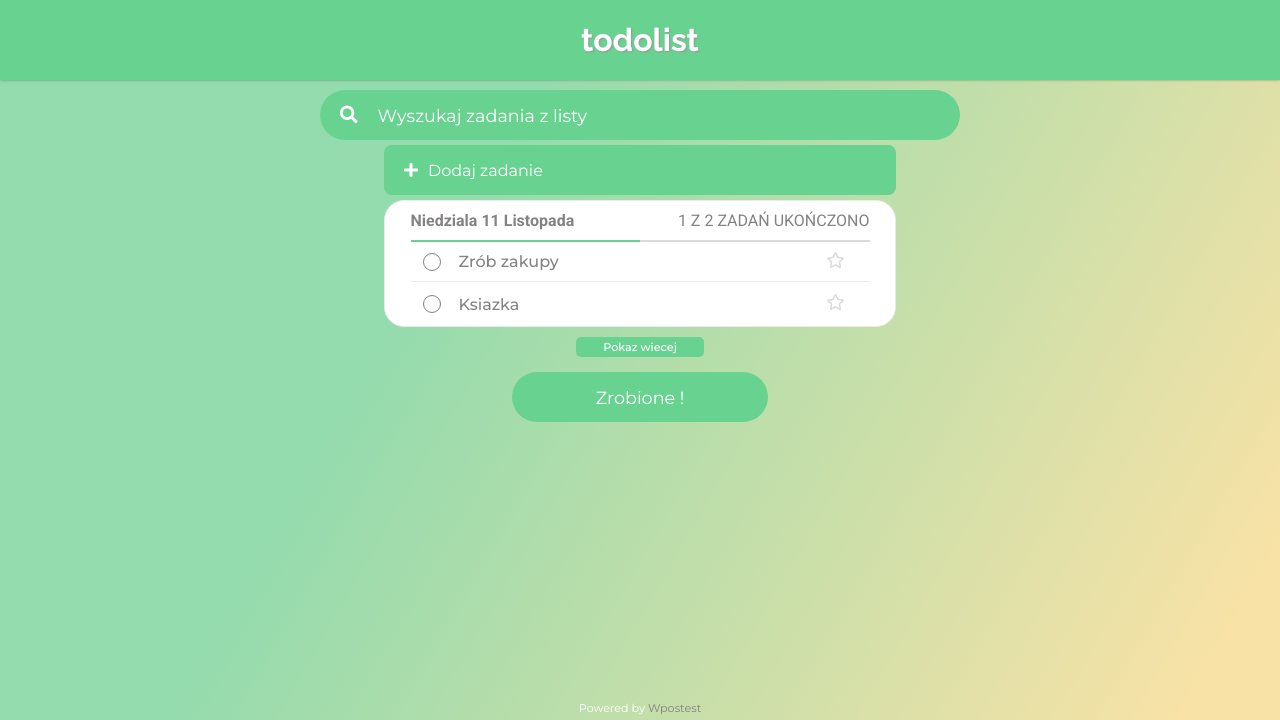
Repository: Wpostest/todolist
Page: src/index.html
An editor plug-in stored every save of this project. The page is shown before and after the next save, followed by the edit.
The browser window is 1280 px wide. The pictures show the whole page.
Some web libraries are served in a nearby version. The style sheet was rebuilt from its Sass, Less or Tailwind sources for each picture, by a compiler version that may differ from the author's.

Above is the page before, as saved 2020-01-29 15:50:41.

### src/index.html
<!DOCTYPE html>
<html lang="pl">
<head>
    <meta charset="UTF-8">
    <meta name="viewport" content="width=device-width, initial-scale=1.0">
    <meta http-equiv="X-UA-Compatible" content="ie=edge">
    <title>todolist</title>
    <link rel="stylesheet" href="css/app.css">
    <link href="https://fonts.googleapis.com/css?family=Lato:100,300,400,700|Montserrat:100,300,400,500,700|Open+Sans:300,400,700|Raleway:100,300,400,500,700|Roboto:100,300,400,500,700&display=swap" rel="stylesheet">
    <link rel="stylesheet" href="https://use.fontawesome.com/releases/v5.6.3/css/all.css" integrity="sha384-UHRtZLI+pbxtHCWp1t77Bi1L4ZtiqrqD80Kn4Z8NTSRyMA2Fd33n5dQ8lWUE00s/" crossorigin="anonymous">
</head>
<body>
    <header class="todolist__header">
        <h1 class="todolist__title">todolist</h1>
    </header>
    <section>
        <label class="todolist__search-wrapper" for="todolist__search">
            <i class="fas fa-search todolist__search-icon"></i>
            <input type="text" class="todolist__search" id="todolist__search" title="Szukaj" placeholder="Wyszukaj zadania z listy">
        </label>
        <label class="todolist__add-task-wrapper" for="todolist__add-task">
            <input type="text" class="todolist__add-task" id="todolist__add-task" title="Dodaj zadanie" placeholder="Dodaj zadanie">
            <i class="fas fa-plus todolist__add-task-icon"></i>
        </label>

        <ul class="todolist">
            <div class="todolist__information">
                <div class="todolist__current-time">Niedziala 11 Listopada</div>
                <div class="todolist__task-done-info">
                    <span class="todolist__count-done-task">1</span>
                    z
                    <span class="todolist__count-all-task">2</span>
                    zadań ukończono
                </div>
                <div class="todolist__line-done-percentage"></div>
            </div>
            <li class="todolist__task">
                <input type="checkbox" class="todolist__checkbox-done">
                <span>Zrób zakupy</span>
                <input type="checkbox" class="todolist__checkbox-star">
                <div class="checbox-done_background_animation"></div>
            </li>
            <li class="todolist__task">
                    <input type="checkbox" class="todolist__checkbox-done">
                    <span>Ksiazka</span>
                    <input type="checkbox" class="todolist__checkbox-star">
                </li>
            <!--<li>TEXT<input type="checkbox"><button>star-icon</button></li>-->
            <!--
                LISTA MA MIEC MAKSYMALNA WYSOKOSC PRZYCISK POKAZ WIECEJ MA USUWAC OGRANICZENIA WYSOKOSCI LUB WYSWIETLANYCH ELEMENTOW
                JEZELI UKONCZYSZ WSZYSTKIE ZADANIA MA POKAZAC SIE FAJNA ANIMACJA I ZNIKNAC PO KILKU SEKUNDACH
                CHECKBOX MA POKAZYWAC SIE Z LEWEJ STRONY
            -->
        </ul>
        <button class="todolist__show-more" title="Pokaż więcej zadań">Pokaz wiecej</button>
        <button class="todolist__done" title="Usuń skończone zadania z listy">Zrobione !</button>
    </section>
    <footer>
        <h6 class="todolist__copywrite">Powered by <a href="https://github.com/Wpostest/">Wpostest</a></h6>
    </footer>
    <script src="js/app.js"></script>
</body>
</html>

### src/sass/app.scss
@import 'reset';
@import 'variables';
@import 'components/checkboxes/checkbox_done.scss';
@import 'components/checkboxes/checkbox_star.scss';
@import 'todolist/todolist';

### src/sass/reset.scss
html, body, div, span, applet, object, iframe, h1, h2, h3, h4, h5, h6, p, blockquote, pre, a, abbr, acronym, address, big, cite, code, del, dfn, em, img, ins, kbd, q, s, samp, small, strike, strong, sub, sup, tt, var, b, u, i, center, dl, dt, dd, ol, ul, li, fieldset, form, label, legend, table, caption, tbody, tfoot, thead, tr, th, td, article, aside, canvas, details, embed, figure, figcaption, footer, header, hgroup, menu, nav, output, ruby, section, summary, time, mark, audio, video, input {
    margin: 0;
    padding: 0;
    border: 0;
    font-size: 100%;
    font: inherit;

    // Sposób wyliczania wysokości i szerokości elementu.
    // Szerokość elementu np 25% zawiera już paddingi oraz border.
    box-sizing: border-box;

    vertical-align: baseline; }

article, aside, details, figcaption, figure, footer, header, hgroup, menu, nav, section {
    display: block; }

a {
    text-decoration: none;
    outline: none;
}

button {
    outline: none;
}

ol, ul {
    list-style: none; }

blockquote, q {
    quotes: none; }

blockquote {
    &:before, &:after {
        content: '';
        content: none; } }

q {
    &:before, &:after {
        content: '';
        content: none; } }

table {
    border-collapse: collapse;
    border-spacing: 0; }

### src/sass/variables.scss
$background_primary: #68d391;
$background_secoundary: #94dbad;
$font-color_primary: #fff;
$font-color_secoundary: rgb(133, 130, 130);
$font-family_primary: 'Montserrat', sans-serif;
$font-family_secoundary: 'Roboto', sans-serif;
$font-size_xxl: 2rem;
$font-size_xl: 1.5rem;
$font-size_l: 1.1rem;
$font-size_m: 1rem;
$font-size_s: .9rem;
$font-size_xs: .7rem;
$font-size_xxs: .5rem;

### src/sass/components/checkboxes/checkbox_done.scss
.todolist__checkbox-done{
    position: relative;
    -webkit-appearance: none;
    display: inline-block;
    width: 18px;
    height: 18px;
    background-color: #fff;
    border-radius: 50%;
    border: 1px solid $font-color_secoundary;
    outline: none;
    margin-left: 12px;
    margin-right: 18px;
    cursor: pointer;

    &::after{
        position: absolute;
        width: 100%;
        height: 100%;
        top: 13px;
        left: 12px;
        transform: translate(-50%, -50%);
        color: $font-color_primary;
        font-family: "Font Awesome 5 Free";
        font-weight: 900;
        content: "\f00c";
        font-size: 10px;
        opacity: 0;
    }

    &:checked{
        border: none;
        background-color: $background_primary;

        &~ span{
            text-decoration: line-through;
        }

        &::after{
            opacity: 1;
        }
    }
}

.checbox-done_background_animation{

}

### src/sass/components/checkboxes/checkbox_star.scss
.todolist__checkbox-star{
    position: absolute;
    top: 50%;
    transform: translateY(-25%);
    right: 25px;
    width: 50px;
    height: 100%;
    -webkit-appearance: none;
    outline: none;
    text-align: right;

    &::after{
        font-family: "Font Awesome 5 Free";
        font-weight: 500;
        content: "\f005";
        position: absolute;
        top: 0;
        left: 0;
        width: 100%;
        height: 100%;
        font-size: 1rem;
        opacity: 1;
        visibility: visible;
        color: #dadada;
    }

    &::before{
        font-family: "Font Awesome 5 Free";
        font-weight: 900;
        content: "\f005";
        position: absolute;
        top: 0;
        left: 0;
        width: 100%;
        height: 100%;
        color: #fff;
        font-size: 1rem;
        opacity: 0;
        visibility: hidden;
        color: #ffe46b;
    }

    &:checked{
        &::after{
            opacity: 0;
            visibility: hidden;
        }

        &::before{
            opacity: 1;
            visibility: visible;
        }
    }
}

### src/sass/todolist/todolist.scss
body{
    background: rgb(148,219,173);
    background: linear-gradient(120deg, rgba(148,219,173,1) 34%, rgba(248,226,166,1) 94%);
    height: 100vh;
}

.todolist__header{
    width: 100%;
    height: 80px;
    background-color: $background_primary;
    box-shadow: 0px -1px 3px 0px rgba(0,0,0,0.75);
    margin-bottom: 10px;

    .todolist__title{
        color: $font-color_primary;
        font-size: 2rem;
        font-family: 'Raleway', sans-serif;
        font-weight: 600;
        text-align: center;
        text-shadow: 1px 1px 2px rgba(150, 150, 150, 1);
        line-height: 80px;
    }
}

section{
    display: flex;
    flex-direction: column;
    align-items: center;
}

.todolist__search-wrapper{
    background-color: $background_primary;
    width: 50%;
    height: 50px;
    border-radius: 50px;
    display: flex;
    flex-direction: row;
    justify-content: flex-start;
    align-items: center;
    margin-bottom: 5px;

    &:hover{
        //box-shadow: 0 1px 2px 0 rgba(32,33,36,0.28);
    }

    .todolist__search-icon{
        color: $font-color_primary;
        margin-left: 20px;
        font-size: $font-size_l;
    }

    .todolist__search{
        color: $font-color_primary;
        outline: none;
        margin-left: 20px;
        margin-right: 50px;
        width: 100%;
        height: 80%;
        background-color: $background_primary;
        font-size: $font-size_l;
        font-family: $font-family_primary;

        &::placeholder{
            color: $font-color_primary;
        }

        &:focus{
            &::placeholder{
                opacity: 0;
                visibility: hidden;
            }
        }
    }
}

.todolist__add-task-wrapper{
    background-color: $background_primary;
    width: 40%;
    height: 50px;
    border-radius: 8px;
    display: flex;
    flex-direction: row-reverse;
    justify-content: flex-start;
    align-items: center;
    margin-bottom: 5px;

    .todolist__add-task-icon{
        color: $font-color_primary;
        margin-left: 20px;
        font-size: $font-size_m;
    }

    .todolist__add-task{
        color: $font-color_primary;
        outline: none;
        margin-left: 10px;
        margin-right: 50px;
        width: 100%;
        height: 80%;
        background-color: $background_primary;
        font-size: $font-size_m;
        font-family: $font-family_primary;

        &:hover{
            //box-shadow: 0 1px 2px 0 rgba(32,33,36,0.28);
        }

        &::placeholder{
            color: $font-color_primary;
        }

        &:focus{
            &::placeholder{
                opacity: 0;
                visibility: hidden;
            }

            & ~ .todolist__add-task-icon{
                transition: transform .7s;
                transform: rotate(360deg);
            }
        }
    }
}

.todolist{
    width: 40%;
    background: #fff;
    border-radius: 20px;
    border: 1px solid #ebebeb;
    margin-bottom: 10px;

    .todolist__information{
        width: 90%;
        margin-left: auto;
        margin-right: auto;
        color: $font-color_secoundary;
        font-weight: 600;
        padding-top: 10px;
        font-family: $font-family_secoundary;
        display: flex;
        flex-direction: row;
        flex-wrap: wrap;

        .todolist__current-time{
            font-size: $font-size_m;
            width: 50%;
        }

        .todolist__task-done-info{
            font-weight: 400;
            width: 50%;
            text-align: right;
            text-transform: uppercase;
        }

        .todolist__line-done-percentage{
            width: 100%;
            height: 2px;
            background: linear-gradient(to right, $background_primary 0%, $background_primary 50%, #dadada 50%, #dadada 100%);
            margin-top: 10px;
        }
    }

    .todolist__task{
        margin-left: auto;
        margin-right: auto;
        width: 90%;
        color: $font-color_secoundary;
        height: 40px;
        background-color: #fff;
        font-size: $font-size_m;
        font-weight: 500;
        font-family: $font-family_primary;
        display: flex;
        flex-direction: row;
        justify-content: flex-start;
        align-items: center;
        margin-bottom: 2px;
        position: relative;
        border-bottom: 1px solid #ebebeb;

        &:last-child{
            border: none;
        }
    }
}

.todolist__show-more{
    background-color: $background_primary;
    border: none;
    border-radius: 5px;
    width: 10%;
    height: 20px;
    color: $font-color_primary;
    font-size: $font-size_xs;
    font-weight: 500;
    font-family: $font-family_primary;
    cursor: pointer;
    margin-bottom: 15px;
}

.todolist__done{
    background-color: $background_primary;
    border: none;
    border-radius: 25px;
    width: 20%;
    height: 50px;
    color: $font-color_primary;
    font-size: $font-size_l;
    font-family: $font-family_primary;
    cursor: pointer;
    transition: transform .5s;
}

.todolist__copywrite{
    font-size: $font-size_xs;
    color: $font-color_primary;
    position: absolute;
    left: 50%;
    bottom: 5px;
    transform: translateX(-50%);
    font-family: $font-family_primary;

    a{
        color: $font-color_secoundary;
    }
}

Loaded but not shown: src/js/app.js (no stored copy; drawn as an empty file)

After the next save:
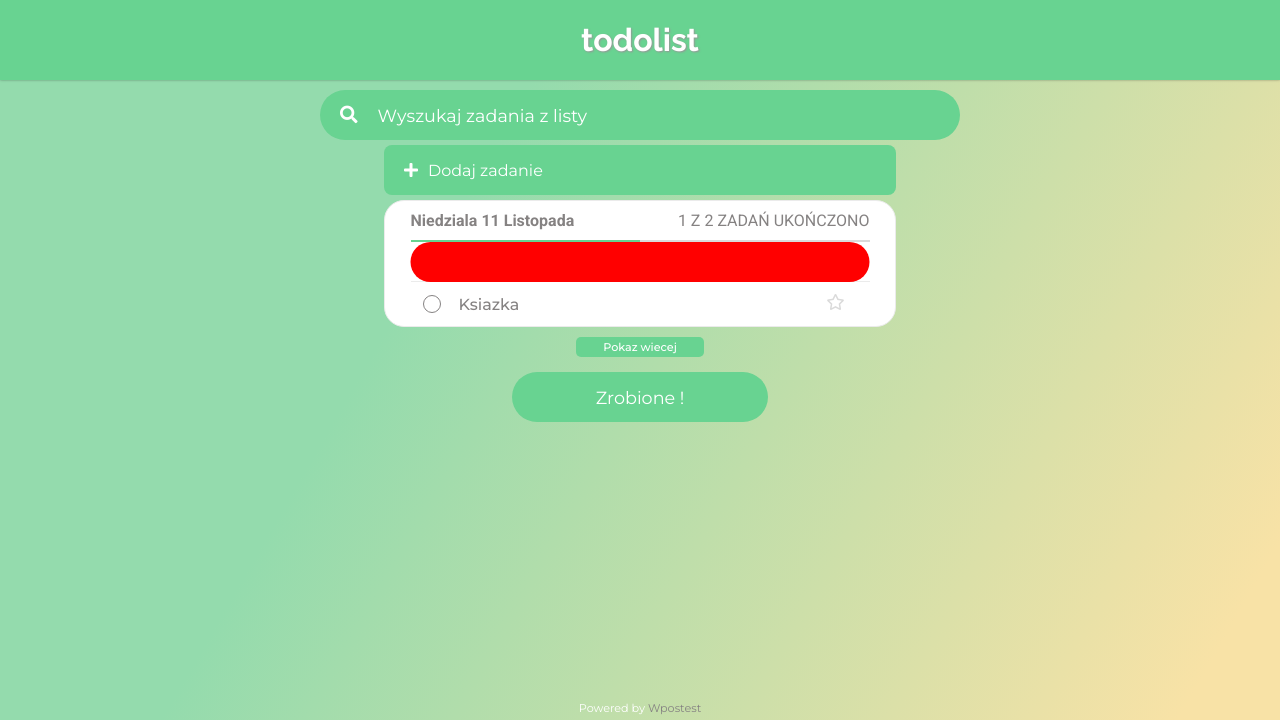
Saved 48 s later.
--- a/src/sass/components/checkboxes/checkbox_done.scss
+++ b/src/sass/components/checkboxes/checkbox_done.scss
@@ -42,5 +42,12 @@
 }
 
 .checbox-done_background_animation{
-
+    position: absolute;
+    top: 0px;
+    left: 50%;
+    transform: translateX(-50%);
+    height: inherit;
+    width: 100%;
+    background: red;
+    border-radius: 20px;
 }

After the save that followed:
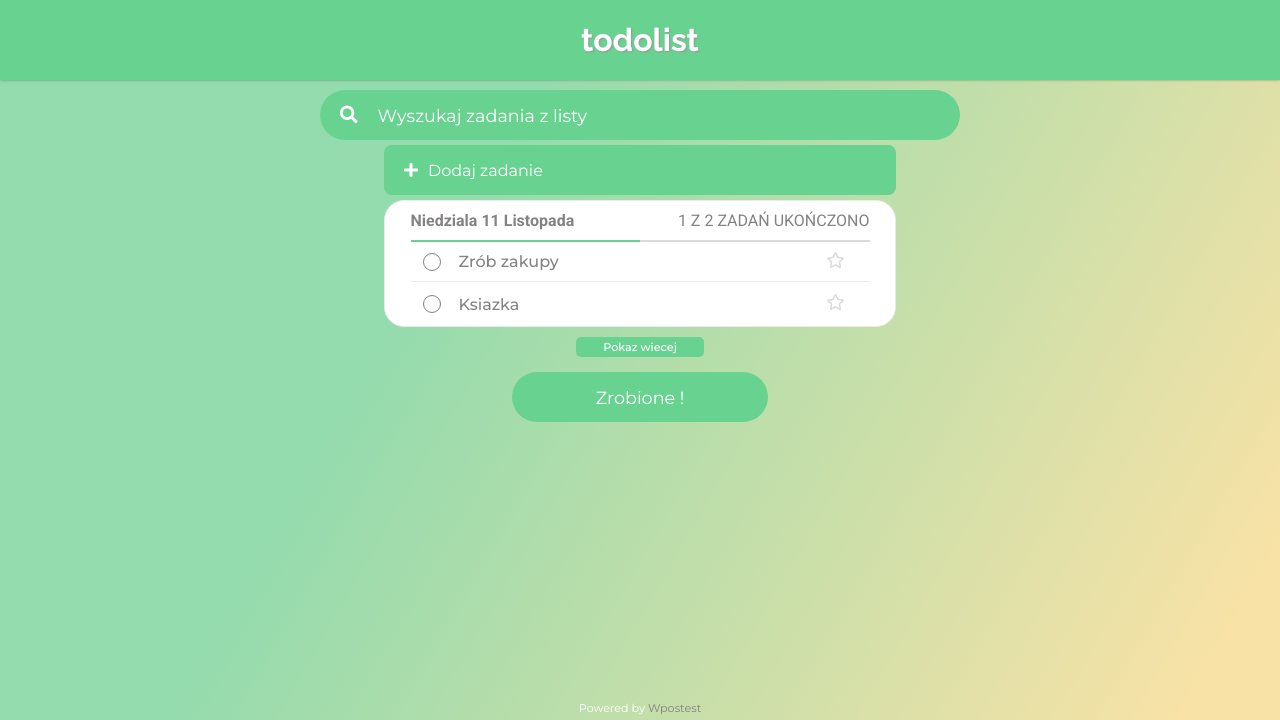
Saved 14 s later.
--- a/src/sass/components/checkboxes/checkbox_done.scss
+++ b/src/sass/components/checkboxes/checkbox_done.scss
@@ -47,7 +47,7 @@
     left: 50%;
     transform: translateX(-50%);
     height: inherit;
-    width: 100%;
+    width: 0px;
     background: red;
     border-radius: 20px;
 }
